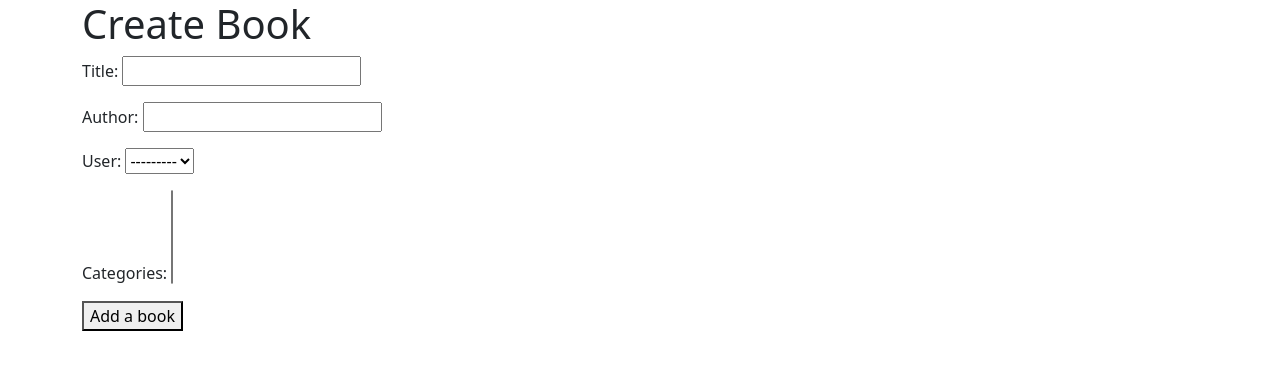
Repository: RaghdaMadiane/django
Page: http://localhost/books/create
The author's editor kept a copy of each file at every save. The page is drawn from the files as they stood at one save, then again after the next save.
The browser window is 1280 px wide. The pictures show the whole page.
The page is served by the project's application, run on Django 3.2 (manage.py). Queries for data that is not in the repository find no rows.

Above is the page before, as saved 2021-04-22 13:51:34.

After the next save:
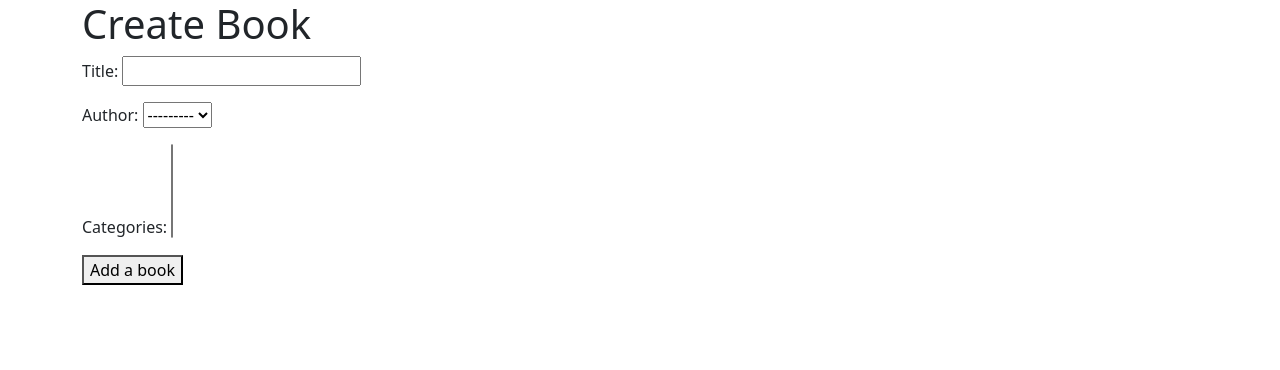
Saved 73 s later.
--- a/books/models.py
+++ b/books/models.py
@@ -21,7 +21,7 @@ class Isbn(models.Model):
 class Book(models.Model):
     title=models.CharField( max_length=250)
     author=models.CharField(max_length=100)
-    user=models.ForeignKey(User,on_delete=models.CASCADE,related_name="Book")
+    author=models.ForeignKey(User,null=True,on_delete=models.CASCADE,related_name="Book")
     categories=models.ManyToManyField(Category)
     # metrics=models.OneToOneField(Metric,on_delete=models.CASCADE,null=True,blank=True)
     # tag=models.ForeignKey(Tag,null=True,blank=True,on_delete=models.CASCADE)
